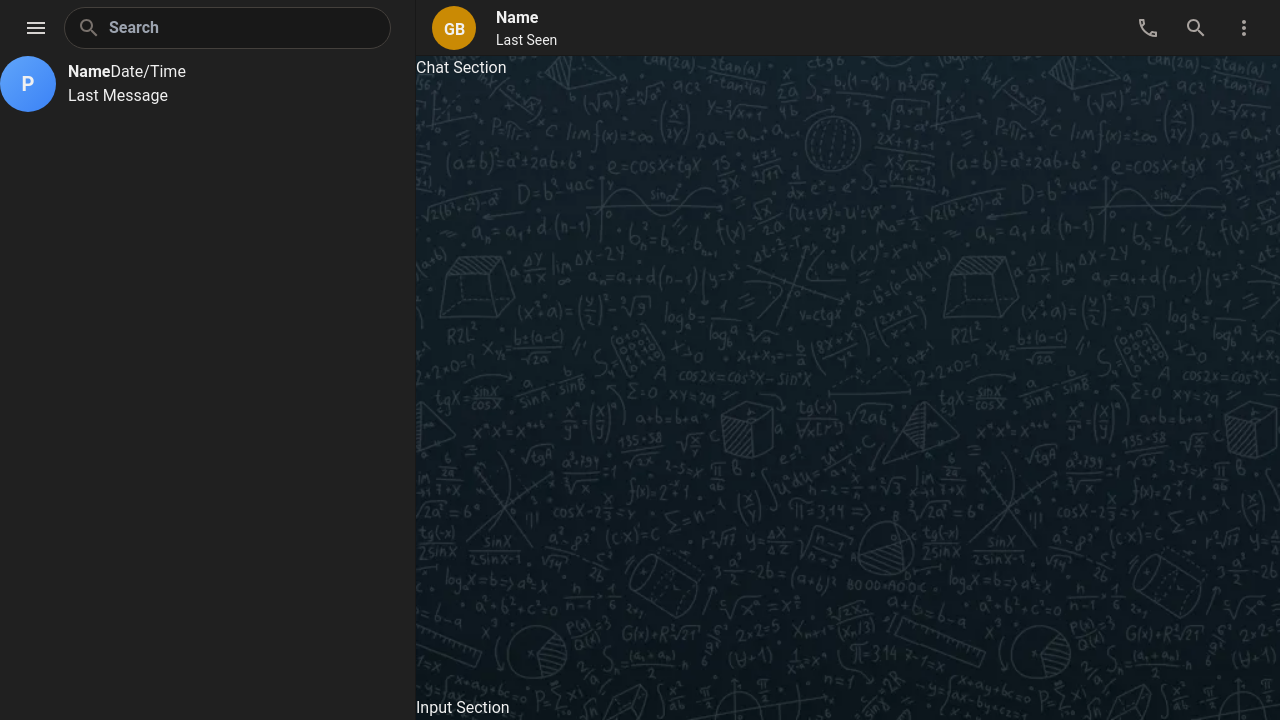
Repository: Qu4ntumGuy/telegram-clone
Page: /
The author's editor kept a copy of each file at every save. The page is drawn from the files as they stood at one save, then again after the next save.
The browser window is 1280 px wide. The pictures show the whole page.
The page's requests for data from a server got no answer. The project was rebuilt for these pictures with package versions that can differ from the ones it lists, and the page was loaded fresh each time. No one was signed in, and anything a server would have sent is missing. Also part of the build but not shown: src/Pages/ChatPage.js/ChatPage.js.

Above is the page before, as saved 2024-07-15 13:53:13.

After the next save:
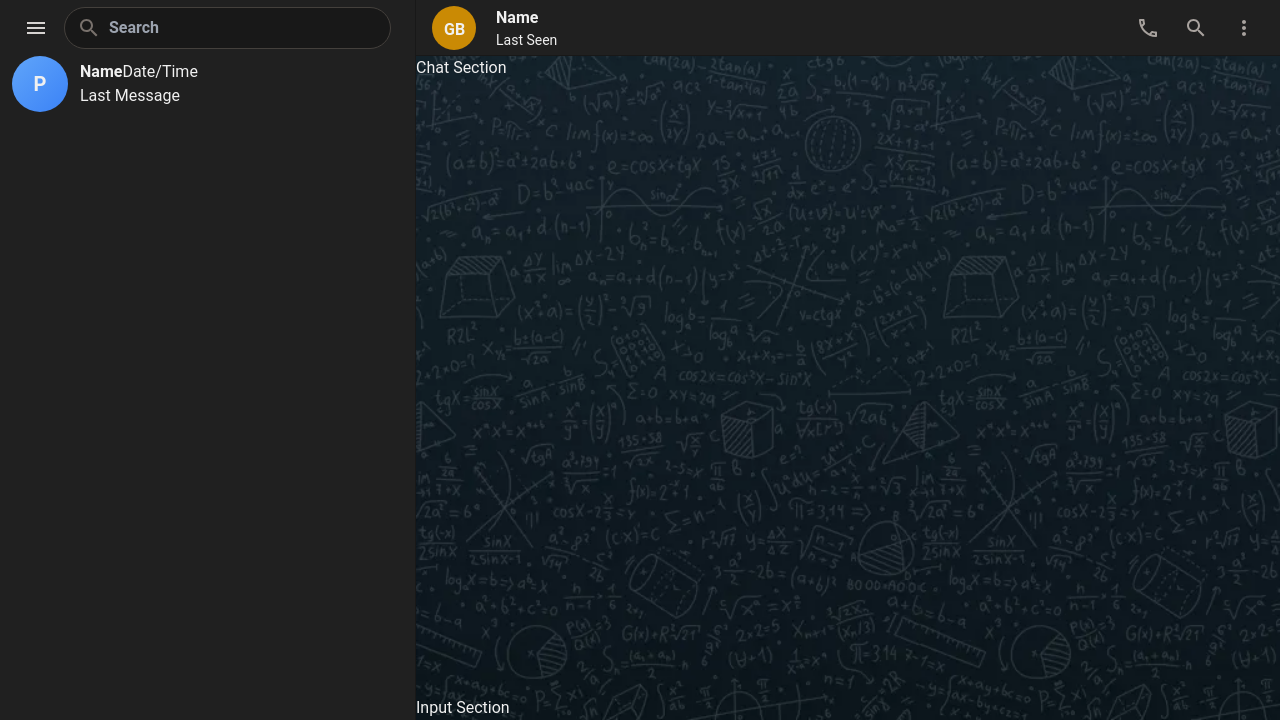
Saved 22 s later.
--- a/src/Components/Chat.js
+++ b/src/Components/Chat.js
@@ -2,7 +2,7 @@ import React from "react";
 
 function Chat({ name, profile }) {
   return (
-    <div className="flex w-full items-center hover:bg-stone-700 hover:bg-opacity-30 rounded-lg">
+    <div className="flex w-full px-3 items-center hover:bg-stone-700 hover:bg-opacity-30 rounded-lg">
       <div className="flex justify-center items-center text-xl font-semibold bg-gradient-to-br from-blue-400 rounded-full w-14 h-14 to-blue-500">
         P
       </div>
